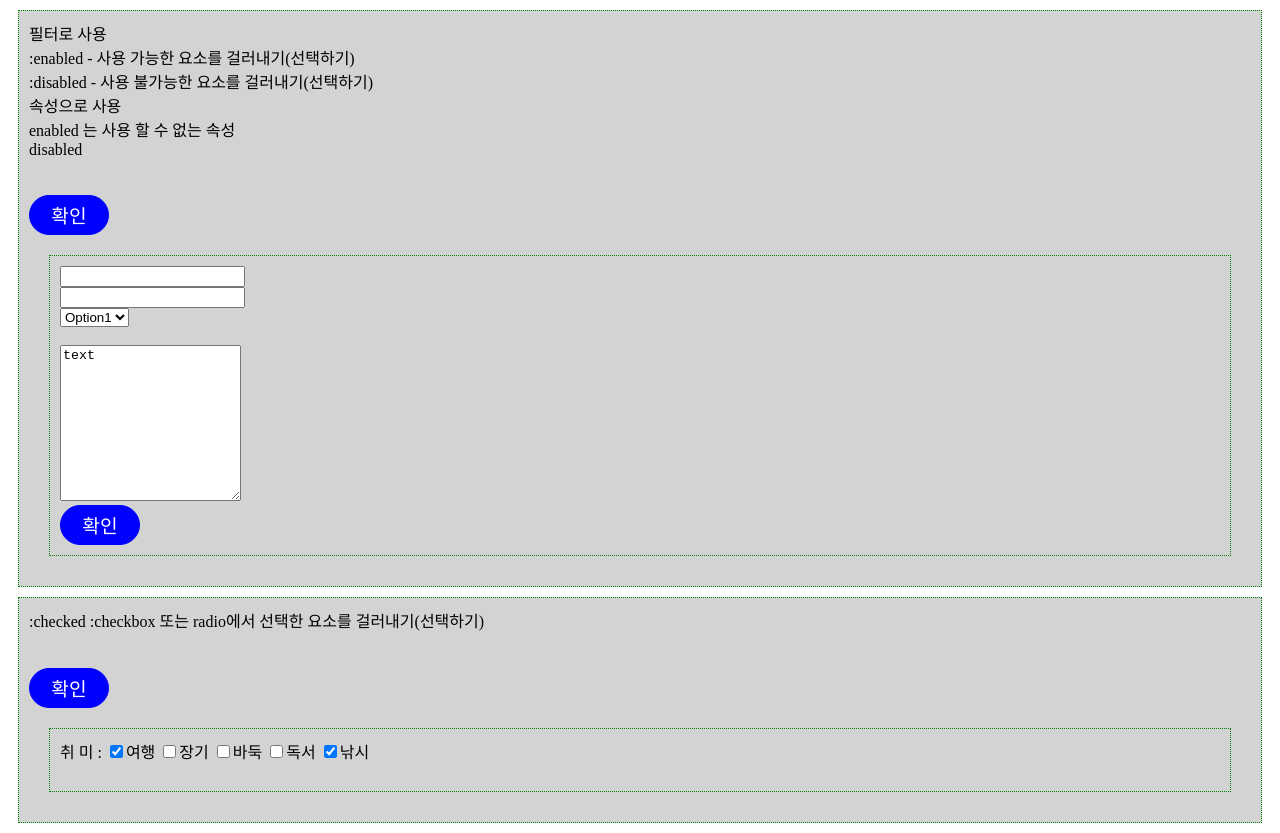
Repository: JJaeHwan/HTML
Page: jquerypro/WebContent/0111/폼상태필터.html
These files come from the project's save history. The page is drawn as it stood at one moment and after the next save; the edit follows.
The browser window is 1280 px wide. The pictures show the whole page.

Above is the page before, as saved 2023-01-12 05:03:58.

### jquerypro/WebContent/0111/폼상태필터.html
<!DOCTYPE html>
<html>
<head>
<meta charset="UTF-8">
<title>Insert title here</title>
<link rel="stylesheet" href="../css/public.css">
<script src="../js/jquery-3.6.3.min.js" type="text/javascript"></script>

<script type="text/javascript">

$(function() {


	$('#btn1').on('click', function() {

		$('form *:enabled').css('border','2px solid pink');
		$('form *:disabled').css('border','2px solid pink');


	})

	$('#btn2').on('click', function() {

// 		$('input[type=checkbox]')
// 		$('input:checkbox')

// 		alert($(':checkbox:checked').val());

		str="";
		$(':checkbox:checked').each(function(x,y) {
// 			$('checkbox:checked')[x];
// 			$($('checkbox:checked')[x]).val();
// 			$(y).val();

			str += $(this).val() + "<br>";

		})


	})

})
</script>

</head>
<body>


<div class="box">
필터로 사용<br>
	:enabled - 사용 가능한 요소를 걸러내기(선택하기)<br>
	:disabled - 사용 불가능한 요소를 걸러내기(선택하기)<br>

속성으로 사용<br>
	enabled 는 사용 할 수 없는 속성<br>
	disabled<br>
	<br><br>
	<input type="button" value="확인" id="btn1">
	<br>

	<div id="res1">
	  <form>
		<input type="text" name="id" ><br>
		<input type="password" name="pass"><br>

		<select name="disSelect" >
		      <option>Option1</option>
		      <option>Option2</option>
		      <option>Option3</option>
		      <option>Option4</option>
		</select>
		<br>
		<br>
		<textarea name="enTextarea" rows=10 cols=20 >text</textarea> <br>

		<input type="button" value="확인"  onclick="alert('Hello')" > <br>

</form>


	</div>
</div>

<div class="box">
	:checked  :checkbox 또는 radio에서 선택한 요소를 걸러내기(선택하기)<br>

	<br><br>
	<input type="button" value="확인" id="btn2">
	<br>

	<div id="res2">
	  <form>
	  	 취 미 :
		<input type="checkbox" name="hobby" value="여행" checked >여행
		<input type="checkbox" name="hobby" value="장기">장기
		<input type="checkbox" name="hobby" value="바둑">바둑
		<input type="checkbox" name="hobby" value="독서" >독서
		<input type="checkbox" name="hobby" value="낚시" checked>낚시<br><br>

	  </form>


	</div>
</div>


</body>
</html>

### jquerypro/WebContent/css/public.css
@charset "UTF-8";

pre{

	font-size: 1.5em;
	border: 5px double blue;
	border-left : none;
	border-right: none;
	padding: 10px;
	background-color: skyblue;

}

  .box{
  	margin: 10px;
  	padding: 10px;
  	border: 1px dotted green;
  	background-color: lightgray;

  }
  .box div{
  	/* height: 100px; */
  	padding: 10px;
  	margin: 20px;
  	border: 1px dotted green;
  }
  input[type=button]{
  	width: 80px;
  	height: 40px;
  	background: blue;
  	color: white;
  	font-size: 1.2em;
  	border-radius: 20px;
  	border : 1px solid blue;
  }

Loaded but not shown: jquerypro/WebContent/js/jquery-3.6.3.min.js (library)

After the next save:
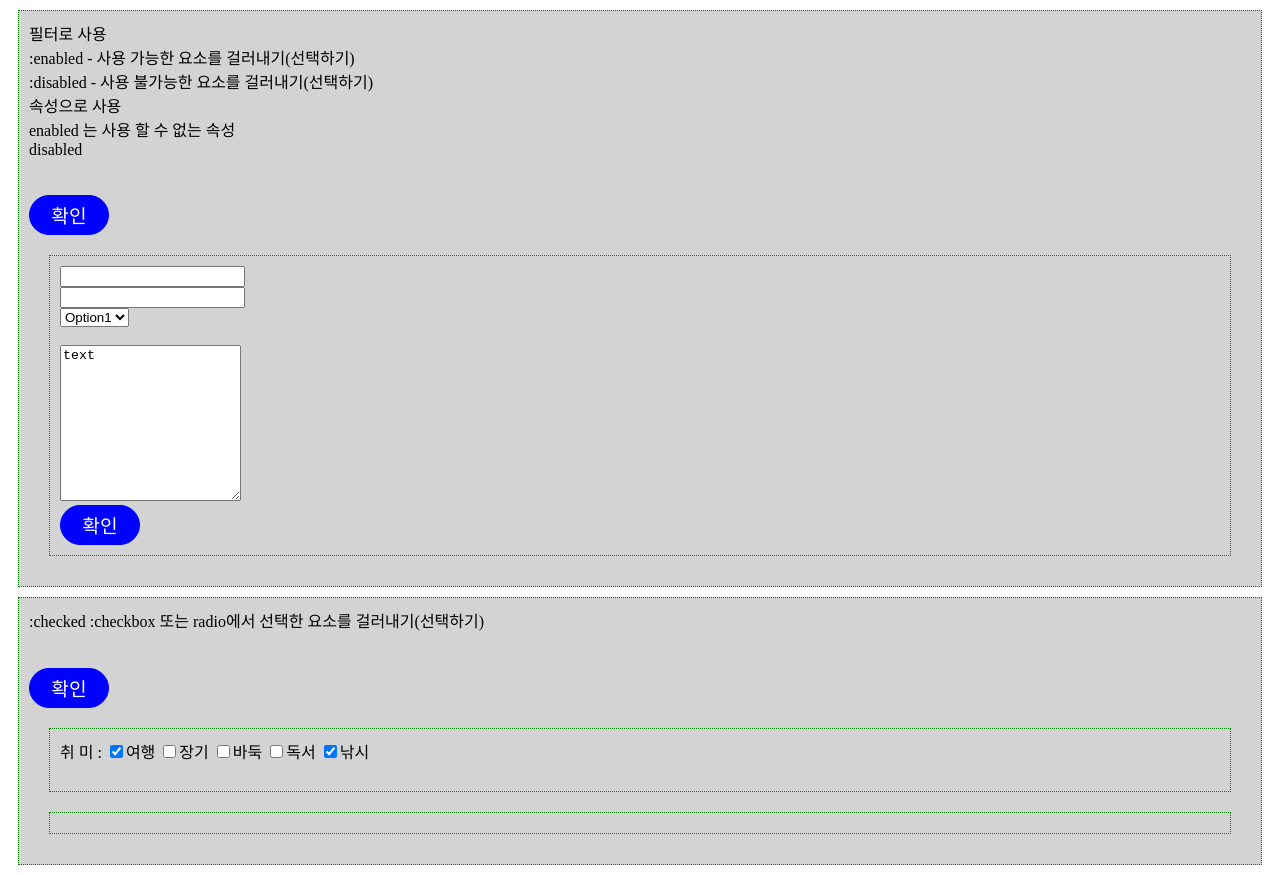
Saved 69 s later.
--- a/jquerypro/WebContent/0111/폼상태필터.html
+++ b/jquerypro/WebContent/0111/폼상태필터.html
@@ -34,11 +34,10 @@ $(function() {
 
 			str += $(this).val() + "<br>";
 
+
 		})
 
-
 	})
-
 })
 </script>
 
@@ -99,8 +98,9 @@ $(function() {
 
 	  </form>
 
+	</div>
+	<div id ="out"> </div>
 
-	</div>
 </div>
 
 
